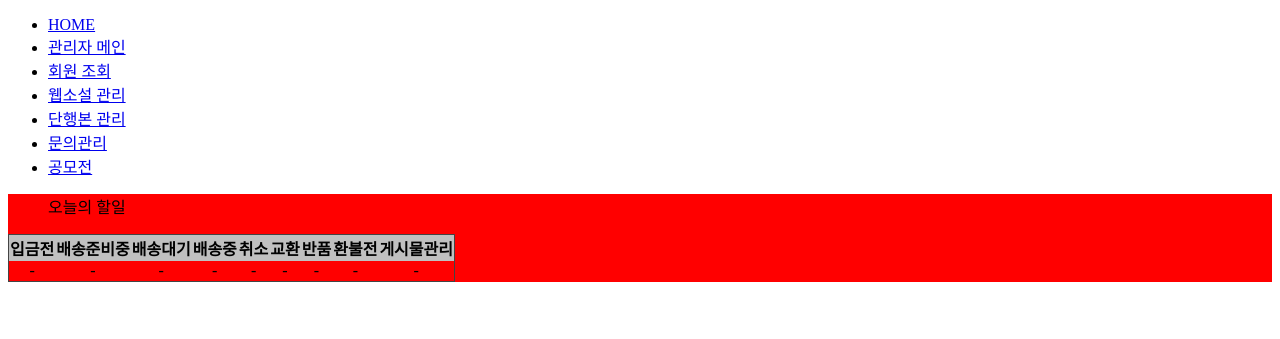
Repository: hoony0203/firstbook
Page: http://localhost/first_book/admin/main
An editor plug-in stored every save of this project. The page is shown before and after the next save, followed by the edit.
The browser window is 1280 px wide. The pictures show the whole page.
The page is served by Tomcat 9.

Above is the page before, as saved 2021-04-10 08:06:25.

After the next save:
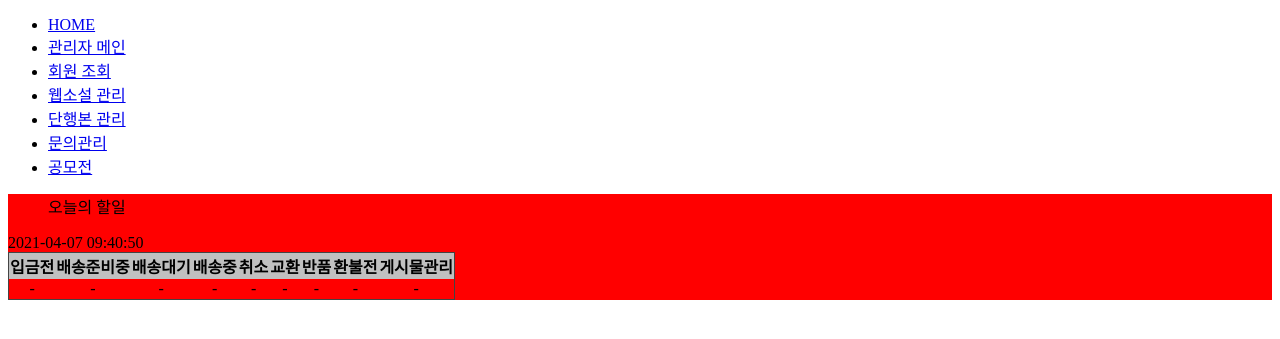
Saved 14 s later.
--- a/first_book/web/WEB-INF/views/admin/adminMain.jsp
+++ b/first_book/web/WEB-INF/views/admin/adminMain.jsp
@@ -29,6 +29,7 @@
 			오늘의 할일
 			</figcaption>
 		</figure>
+		<c:set var="now" value="<%=new java.util.Date()%>" />
 		<fmt:formatDate value="${now}" pattern="yyyy-MM-dd hh:mm:ss" />
 		<table>
 
